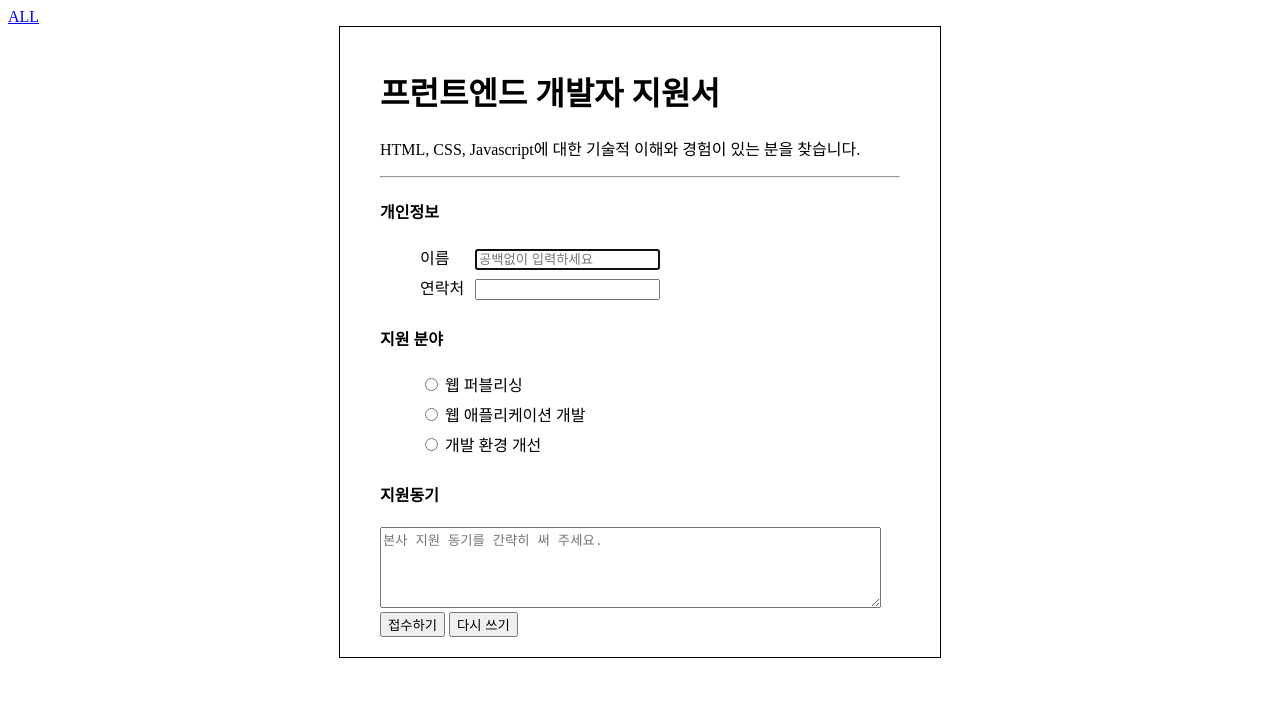
Repository: itkezi/HTML_2022_505
Page: Web/WebContent/HTML/0325_EX2.html
An editor plug-in stored every save of this project. The page is shown before and after the next save, followed by the edit.
The browser window is 1280 px wide. The pictures show the whole page.

Above is the page before, as saved 2022-03-25 07:02:30.

### Web/WebContent/HTML/0325_EX2.html
<!DOCTYPE html>
<html>
<head>
<meta charset="UTF-8">
<title>교재 164페이지</title>
<style>
			#container {
				width:520px;
				border:1px solid black;
				padding:20px 40px;
				margin:0 auto;
				}
			#ff {
				width:55px; float: left;
				}
			ul {
				list-style: none;
				}
			li {
				line-height:30px;
				}


    </style>
</head>
<span style="margin:auto"><a href="http://localhost:8080/Web/HTML/ALL.html" target='_blank'> ALL</a></span>
<br>
<body>

		<div id="container">
			<h1>프런트엔드 개발자 지원서 </h1>
			<p>HTML, CSS, Javascript에 대한 기술적 이해와 경험이 있는 분을 찾습니다.</p>
			<hr>
			<form>
				<h4>개인정보</h4>
				<ul>
					 <li>
						 <!-- <input>태그 앞 뒤에 <label>과 </label> 태그로 묶어도 됩니다 -->
							<label id='ff' for="sname"> 이름 </label>
							<input type="text" id="sname" autofocus placeholder="공백없이 입력하세요">
					</li>
					<li>
							<label id='ff' for="snumber"> 연락처 </label>
							<input type="text" id="snum">
					 </li>
				</ul>
				<h4>지원 분야</h4>
				<ul>
					<li>
						<label><input type="radio" name="field" value="웹퍼블"> 웹 퍼블리싱</label>
					</li>
					<li>
						<label><input type="radio" name="field" value="웹개발"> 웹 애플리케이션 개발</label>
					</li>
					<li>
						<label><input type="radio" name="field" value="개선"> 개발 환경 개선</label>
					</li>
				</ul>
        <label>
          <h4>지원동기</h4>
          <textarea id="motive" cols="60" rows="5" placeholder="본사 지원 동기를 간략히 써 주세요."></textarea>
        </label>
				<div>
					<input type="submit" value="접수하기">
					<input type="reset" value="다시 쓰기">
					<!-- 다음과 같이 작성해도 됩니다.
						<button type="submit">접수하기</boutton>
						<button type="reset">다시 쓰기</button>
					-->
				</div>
			</form>
		</div>
</body>
</html>

After the next save:
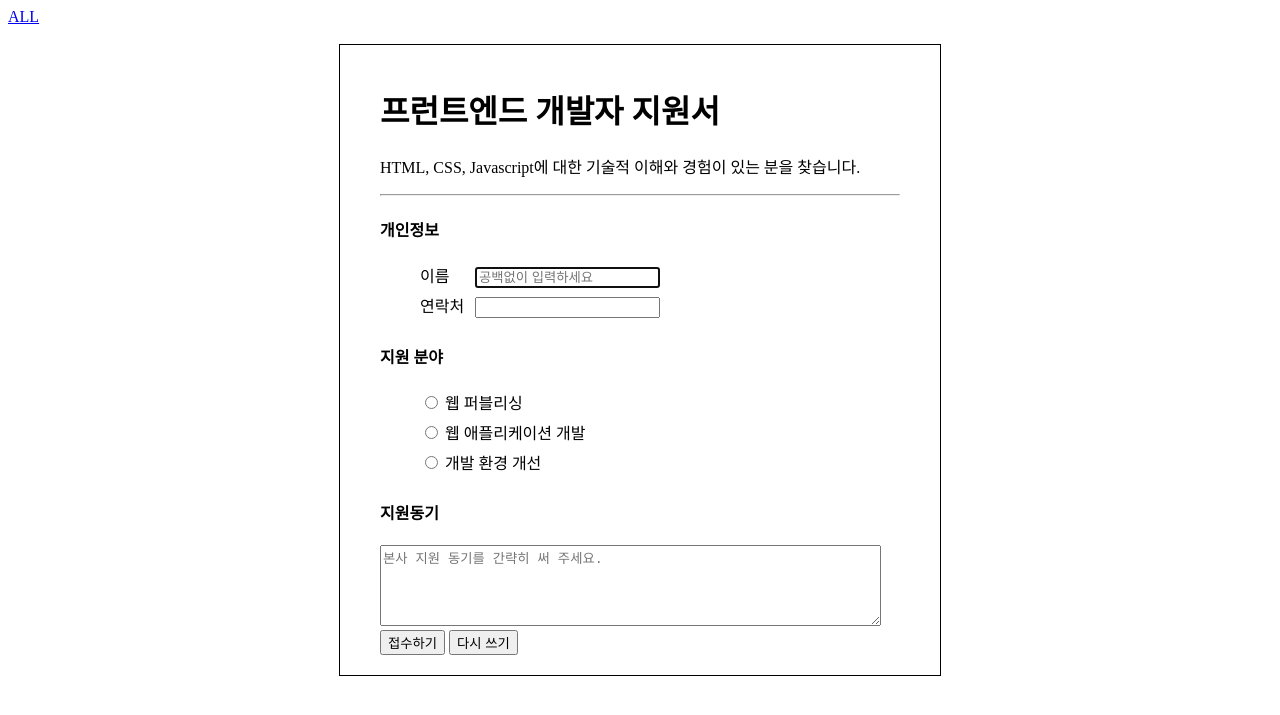
Saved 13 s later.
--- a/Web/WebContent/HTML/0325_EX2.html
+++ b/Web/WebContent/HTML/0325_EX2.html
@@ -23,7 +23,7 @@
 
     </style>
 </head>
-<span style="margin:auto"><a href="http://localhost:8080/Web/HTML/ALL.html" target='_blank'> ALL</a></span>
+<p style="margin:auto"><a href="http://localhost:8080/Web/HTML/ALL.html" target='_blank'> ALL</a></p>
 <br>
 <body>
 

After the 2 saves that followed:
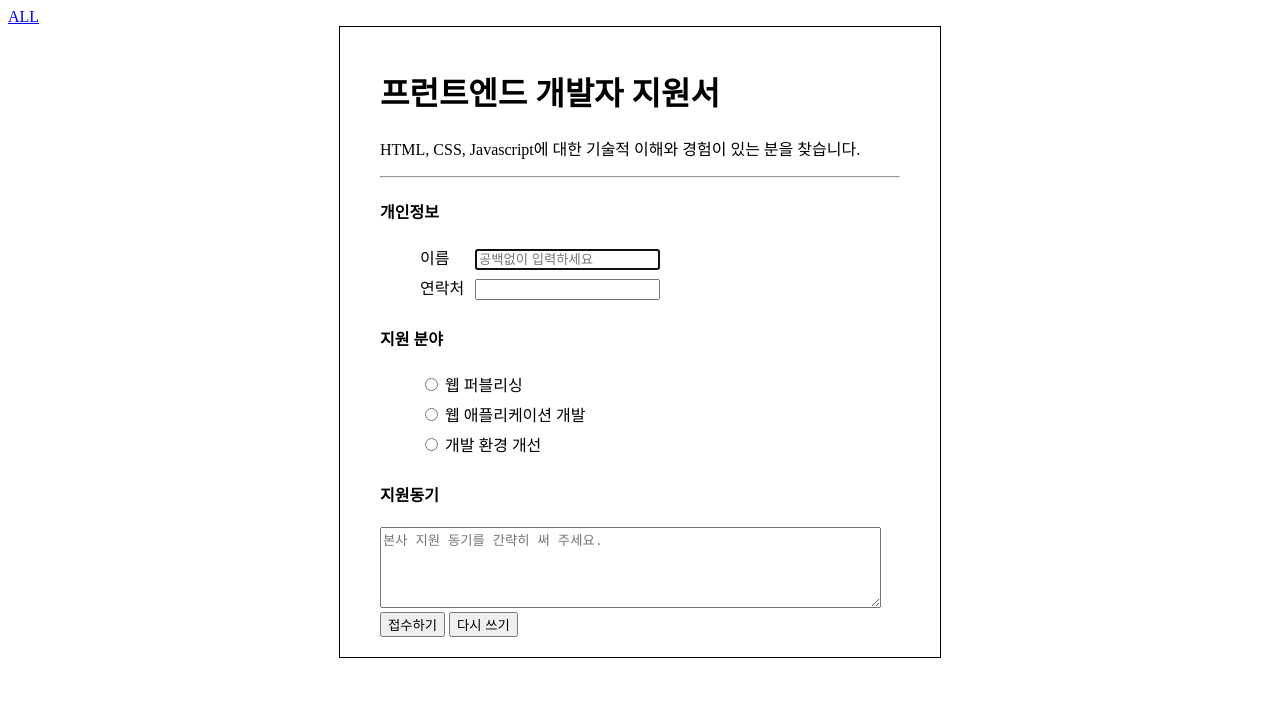
The 2 saves are shown as one change because 1 left the picture as it was.
The last was saved 52 s later.
--- a/Web/WebContent/HTML/0325_EX2.html
+++ b/Web/WebContent/HTML/0325_EX2.html
@@ -23,7 +23,7 @@
 
     </style>
 </head>
-<p style="margin:auto"><a href="http://localhost:8080/Web/HTML/ALL.html" target='_blank'> ALL</a></p>
+<a href="http://localhost:8080/Web/HTML/ALL.html" target='_blank'> ALL</a>
 <br>
 <body>
 
